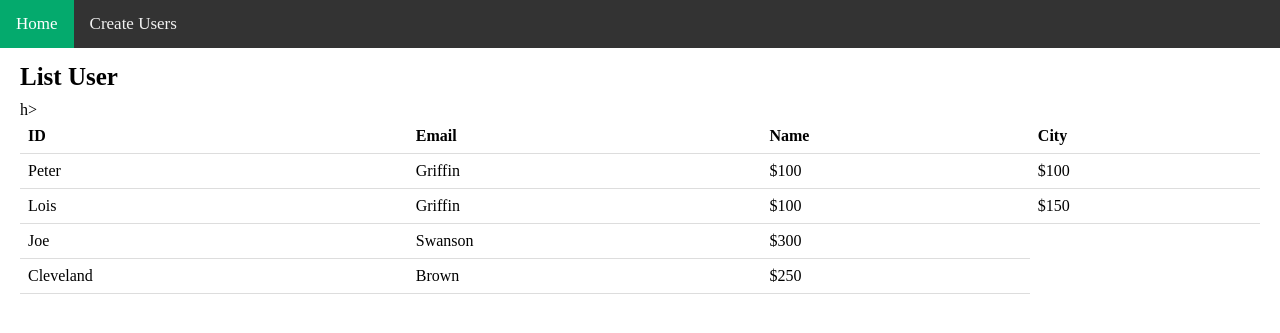
Repository: Ducbii4202/backend-Nodejs
Page: src/views/home.ejs
An editor plug-in stored every save of this project. The page is shown before and after the next save, followed by the edit.
The browser window is 1280 px wide. The pictures show the whole page.
The page is served by the project's Node server (server.js). The template is opened directly, without the code that normally fills it, so the values that code supplies are empty.

Above is the page before, as saved 2024-07-02 00:18:04.

### src/views/home.ejs
<html lang="en">

<head>
  <meta charset="UTF-8">
  <meta name="viewport" content="width=device-width, initial-scale=1.0">
  <title>Home Page</title>
  <link rel="stylesheet" href="/css/styles.css" />

</head>


<body>
  <div class="topnav">
    <a class="active" href="/">Home</a>
    <a href="/create">Create Users</a>
  </div>
  <div class="table-container">
    <div class="title">List User</div>
    <table>
      <tr>
        <th>ID</th>
        <th>Email</th>
        <th>Name</th>
        <th>City</th>h>
      </tr>
      <tr>
        <td>Peter</td>
        <td>Griffin</td>
        <td>$100</td>
        <td>$100</td>
      </tr>
      <tr>
        <td>Lois</td>
        <td>Griffin</td>
        <td>$100</td>
        <td>$150</td>
      </tr>
      <tr>
        <td>Joe</td>
        <td>Swanson</td>
        <td>$300</td>
      </tr>
      <tr>
        <td>Cleveland</td>
        <td>Brown</td>
        <td>$250</td>
      </tr>
    </table>
  </div>

</body>

</html>

### server.js
const express = require("express");
const app = express();
const port = 8080;

app.set("views", "./src/views");
app.set("view engine", "ejs");

app.get("/", (req, res) => {
  res.send("Hello World!");
});

app.get("/abc", (req, res) => {
  res.send("Hello ABC!");
});

app.listen(port, () => {
  console.log(`Example app listening on port ${port}`);
});

### src/public/css/styles.css
.hoidanit{
    width: 500px;
}

/*reset padding and margin*/
*{
    margin: 0;
    padding: 0;
}

/* Add a black background color to the top navigation */
.topnav {
  background-color: #333;
  overflow: hidden;
}

/* Style the links inside the navigation bar */
.topnav a {
  float: left;
  color: #f2f2f2;
  text-align: center;
  padding: 14px 16px;
  text-decoration: none;
  font-size: 17px;
}

/* Change the color of links on hover */
.topnav a:hover {
  background-color: #ddd;
  color: black;
}

/* Add a color to the active/current link */
.topnav a.active {
  background-color: #04AA6D;
  color: white;
}

.form-add-new{
    width: 500px;
    margin: 0 auto;
    padding-top: 100px;
}
.input-group{
    padding: 10px
}

button{
    margin: 10px;
    cursor: po;
}
 .table-container {
    padding: 15px 20px
  }

  .title {
    font-size: 25px;
    font-weight: 600;
    padding-bottom: 10px;
  }

  table {
    border-collapse: collapse;
    width: 100%;
  }

  th,
  td {
    padding: 8px;
    text-align: left;
    border-bottom: 1px solid #ddd;
  }

  tr:hover {
    background-color: rgb(211, 187, 243);
  }

After the next save:
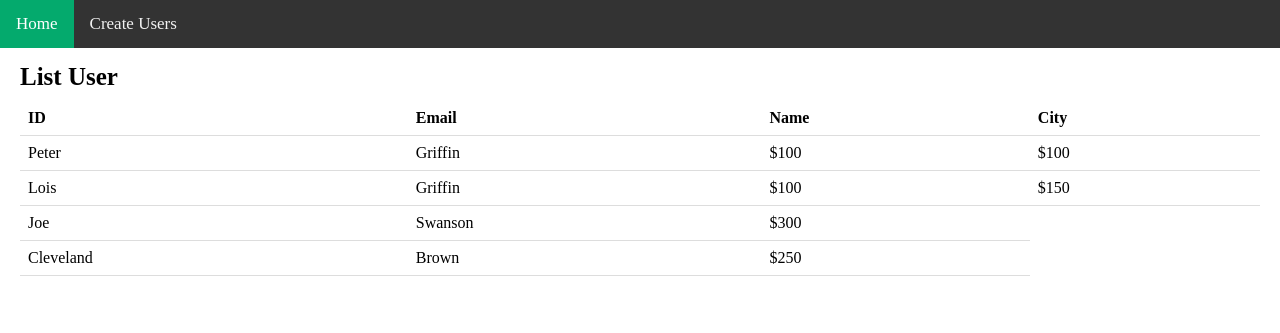
Saved 22 s later.
--- a/src/views/home.ejs
+++ b/src/views/home.ejs
@@ -21,7 +21,7 @@
         <th>ID</th>
         <th>Email</th>
         <th>Name</th>
-        <th>City</th>h>
+        <th>City</th>
       </tr>
       <tr>
         <td>Peter</td>
